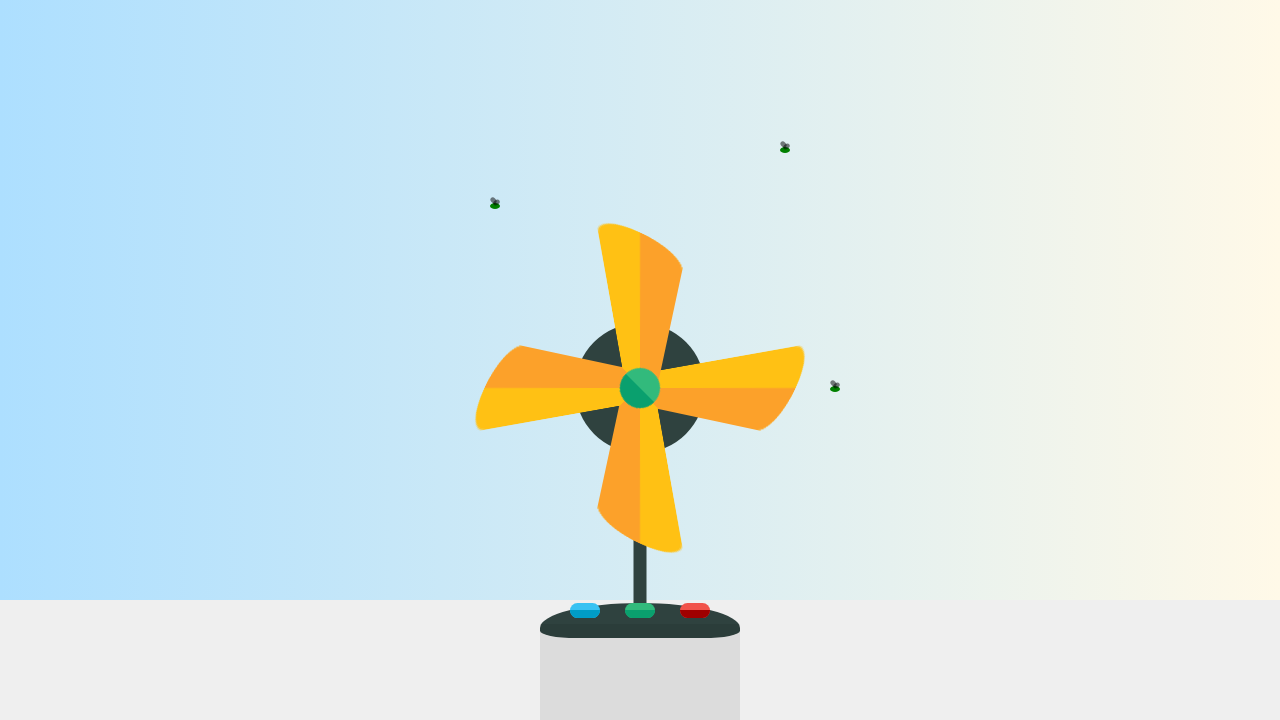
Repository: VuTuanAnh0949/CodeFan
Page: index.html
An editor plug-in stored every save of this project. The page is shown before and after the next save, followed by the edit.
The browser window is 1280 px wide. The pictures show the whole page.

Above is the page before, as saved 2022-06-21 14:30:29.

### index.html
<!DOCTYPE html>
<html lang="en">
<head>
    <meta charset="UTF-8">
    <meta http-equiv="X-UA-Compatible" content="IE=edge">
    <meta name="viewport" content="width=device-width, initial-scale=1.0">
    <title>Document</title>
    <link rel="stylesheet" href="style.css">
</head>
<body>
    <div class="windows">
        <div class="window"></div>

    </div>
    <div class="fan">
        <div class="fan__root"> <span class="top"> <label class="red" for="engine"></label> <label class="green"
                    for="engine2"></label> <label class="blue" for="jack"></label> </span> <span class="bottom"></span>
        </div>
        <div class="fan__staddle"></div> <input type="checkbox" id="jack" hidden />
        <div class="head">
            <div class="fan__engine"> <span class="center"></span> </div> <input type="checkbox" id="engine" hidden
                checked />
            <div> <span class="fly"></span> <span class="fly"></span> <span class="fly"></span>
                <div class="fan__blades"> <input type="checkbox" id="engine2" hidden checked />
                    <div class="fan__blades">
                        <div class="center"></div>
                        <div class="blade"><span></span></div>
                        <div class="blade"><span></span></div>
                        <div class="blade"><span></span></div>
                        <div class="blade"><span></span></div>
                    </div>
                </div>
            </div>
        </div>
    </div>

</body>
</html>

### style.css
html {
    overflow: hidden;
}

body {
    overflow: hidden;
    margin: 0;
    padding: 0;
    background: linear-gradient(90deg, #addfff, #fff9e8);
    display: flex;
    justify-content: center;
    align-items: center;
    width: 100vw;
    height: 100vh;
    position: relative;
}

body::after {
    position: absolute;
    width: 100%;
    content: "";
    height: calc(100% - 600px);
    z-index: 0;
    background: #efefef;
    bottom: 0;
}

@keyframes spin {
    from {
        transform: rotate(0deg);
    }

    to {
        transform: rotate(360deg);
    }
}

@keyframes off {
    to {
        transform: rotate(380deg);
    }
}

@keyframes off2 {
    to {
        transform: rotate(880deg);
    }
}

@keyframes fly {
    to {
        margin-top: 50px;
    }
}

span {
    display: block;
}

.windows {
    width: 100vw;
    height: 100vh;
    position: absolute;
    z-index: 0;
    top: 0;
    left: 0;
    display: flex;
    align-content: flex-start;
}


.fly {
    transition: 0.5s all cubic-bezier(0.04, 0.06, 0, 1.18), 1s transform;
    width: 10px;
    height: 6px;
    background: green;
    border-radius: 50%;
    position: absolute;
    animation: fly 5s alternate infinite ease-in-out;
}

.fly:nth-of-type(1) {
    top: -78px;
    left: -200px;
}

.fly:nth-of-type(2) {
    transform: translateY(-10px);
    animation-delay: 4s;
    top: 5px;
    right: -250px;
}

.fly:nth-of-type(3) {
    transform: translateY(0px);
    top: 400px;
    animation-delay: 2s;
    right: -400px;
}

.fly::after,
.fly::before {
    content: "";
    position: absolute;
    width: 7px;
    height: 5px;
    background-color: rgba(0, 0, 0, 0.5);
    display: block;
    border-radius: 50%;
}

.fly::before {
    bottom: 4px;
    transform: rotate(325deg);
    left: 3px;
}

.fly::after {
    transform: rotate(45deg);
    bottom: 6px;
}

.fan {
    width: 500px;
    height: 500px;
    position: relative;
    z-index: 1;
    margin-top: 75px;
    perspective: 500px;
}

.fan::after {
    content: "";
    display: block;
    position: absolute;
    height: 500px;
    width: 200px;
    background: rgba(0, 0, 0, 0.08);
    top: calc(100% - 24px);
    left: calc(50% - 100px);

}

.fan__root {
    width: 200px;
    position: absolute;
    bottom: 0;
    left: 50%;
    transform: translateX(-50%);
}

.fan__root .top {
    overflow: hidden;
    width: 200px;
    height: 25px;
    position: relative;
}

.fan__root .top::after {
    content: "";
    display: block;
    width: 200px;
    height: 50px;
    background: #2f423f;
    border-radius: 50%;
}

.fan__root .top .red {
    position: absolute;
    width: 30px;
    height: 15px;
    border-radius: 15px;
    display: block;
    right: 30px;
    background: #f15249;
    cursor: pointer;
    overflow: hidden;
}

.fan__root .top .green {
    position: absolute;
    width: 30px;
    height: 15px;
    border-radius: 15px;
    display: block;
    right: 85px;
    background: #32ba7c;
    cursor: pointer;
    overflow: hidden;
}

.fan__root .top .green::after {
    content: "";
    display: block;
    width: 100%;
    height: 50%;
    position: absolute;
    bottom: 0;
    background: #0aa06e;
}

.fan__root .top .red::after {
    content: "";
    display: block;
    width: 100%;
    height: 50%;
    position: absolute;
    bottom: 0;
    background: #a00000;
}

.fan__root .top .blue {
    position: absolute;
    cursor: pointer;
    width: 30px;
    height: 15px;
    border-radius: 15px;
    display: block;
    left: 30px;
    background: #3ac2f2;
    overflow: hidden;
}

.fan__root .top .blue::after {
    content: "";
    display: block;
    width: 100%;
    height: 50%;
    position: absolute;
    bottom: 0;
    background: #009cc6;
}

.fan__root .bottom {
    overflow: hidden;
    width: 200px;
    height: 20px;
}

.fan__root .bottom::after {
    content: "";
    display: block;
    width: 200px;
    height: 40px;
    background: #2f423f;
    border-radius: 18%;
    transform: translateY(-30px);
}

.fan__staddle {
    position: absolute;
    bottom: 45px;
    background: #2f423f;
    height: 270px;
    width: 13px;
    left: 50%;
    transform: translateX(-50%);
}

.fan__engine {
    position: absolute;
    bottom: 0px;
    width: 130px;
    height: 130px;
    background: #2f423f;
    border-radius: 50%;
    left: 50%;
    transform: translateX(-50%);
}

.fan__engine::after {
    content: "";
    background: #2f423f;
    display: block;
    width: 25px;
    height: 50px;
    position: absolute;
    top: 105px;
    left: 50%;
    transform: translateX(-50%);
    border-radius: 0 0 5px 5px;
}

.fan__blades {
    width: 230px;
    height: 230px;
    position: absolute;
    bottom: -50px;
    transition: 2s;
    transform-origin: center center;
    left: calc(50% - 115px);
    z-index: 1;
    animation: spin infinite 0.38s linear forwards;
}

.fan__blades .fan__blades {
    bottom: 0;
    animation: spin infinite 0.5s linear forwards;
}

.fan__blades .blade {
    position: absolute;
    width: 50px;
    height: 100%;
    left: 50%;
    transform: translateX(-50%) skewY(25deg);
    perspective: 500px;
    transform-style: preserve-3d;
}

.fan__blades .blade:nth-child(2) {
    transform: translateX(-50%) rotate(90deg) skewY(25deg);
}

.fan__blades .blade:nth-child(3) {
    transform: translateX(-50%) rotate(180deg) skewY(25deg);
}

.fan__blades .blade:nth-child(4) {
    transform: translateX(-50%) rotate(270deg) skewY(25deg);
}

.fan__blades .blade span {
    width: 100%;
    height: 200%;
    border-radius: 44px;
    background: #ffc114;
    position: absolute;
    top: -66px;
    display: block;
    transform-style: preserve-3d;
    transform: rotateX(81deg);
    overflow: hidden;
}

.fan__blades .blade span::after {
    width: 50%;
    height: 100%;
    content: "";
    display: block;
    background: #fca12a;
    transform: rotate(0deg);
}

.fan__blades .center {
    position: absolute;
    overflow: hidden;
    width: 40px;
    height: 40px;
    border-radius: 50%;
    left: 50%;
    top: 50%;
    transform: translate(-50%, -50%) rotate(45deg);
    background: #32ba7c;
    z-index: 2;
}

.fan__blades .center::after {
    display: block;
    content: "";
    width: 40px;
    height: 20px;
    background: #0aa06e;
}

.head {
    transition: 1s transform;
    height: auto;
    width: auto;
    position: absolute;
    width: 300px;
    height: 300px;
    bottom: 195px;
    left: calc(50% - 150px);
    /* transform: translateX(-50%); */
}

#engine:checked+div>div {
    animation: off2 1s ease-out forwards;
}

#engine:checked+div>span:nth-child(1) {
    transition: 5s all ease-in-out, 1s transform;
    left: 0px;
    top: 0px;
}

#engine:checked+div>span:nth-child(2) {
    transition: 5s all ease-in-out, 1s transform;
    right: 0px;
    top: 0px;
}

#engine:checked+div>span:nth-child(3) {
    transition: 7s all ease-in-out, 1s transform;
    right: -50px;
    top: 200px;
}

#engine2:checked+div {
    animation: off 1s ease-out forwards;
}

#jack:checked+div {
    transform: translateY(-115px);
}

#jack:checked+div>div:nth-child(3)>span {
    transform: translateY(115px);
}

After the next save:
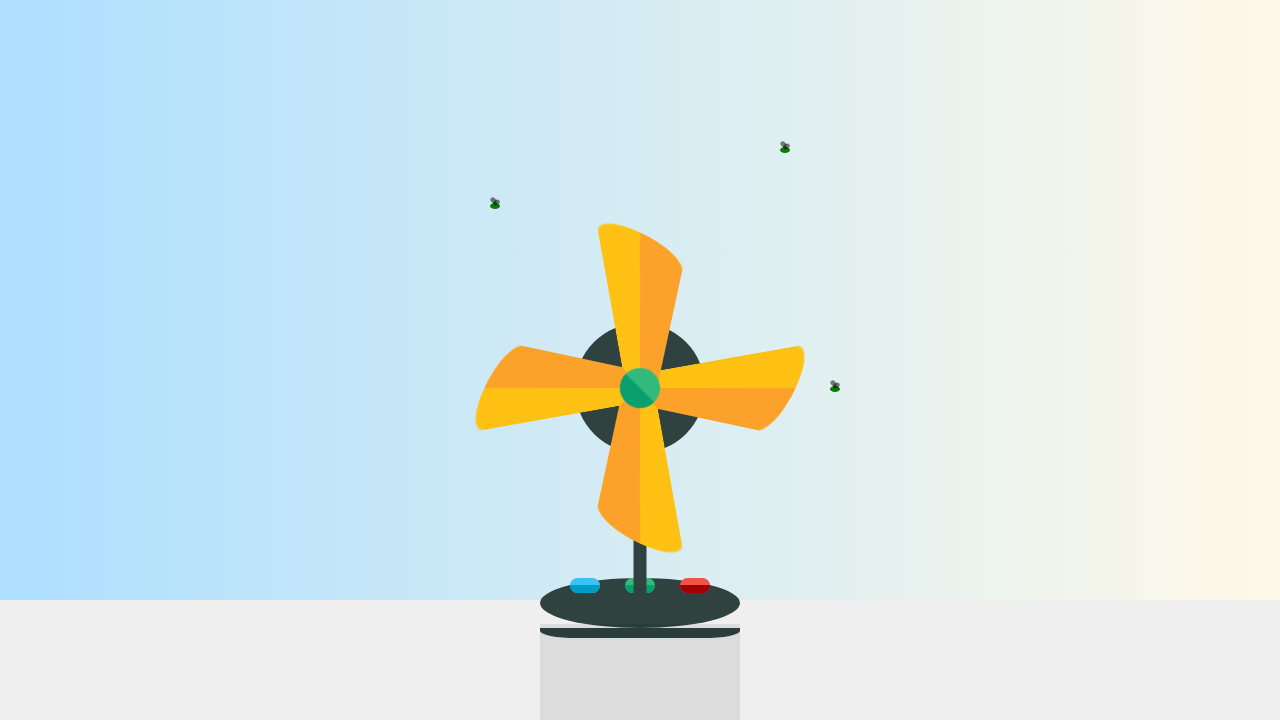
Saved 20 s later.
--- a/style.css
+++ b/style.css
@@ -149,13 +149,13 @@
     transform: translateX(-50%);
 }
 
-.fan__root .top {
+/* .fan__root .top {
     overflow: hidden;
     width: 200px;
     height: 25px;
     position: relative;
 }
-
+ */
 .fan__root .top::after {
     content: "";
     display: block;

After the save that followed:
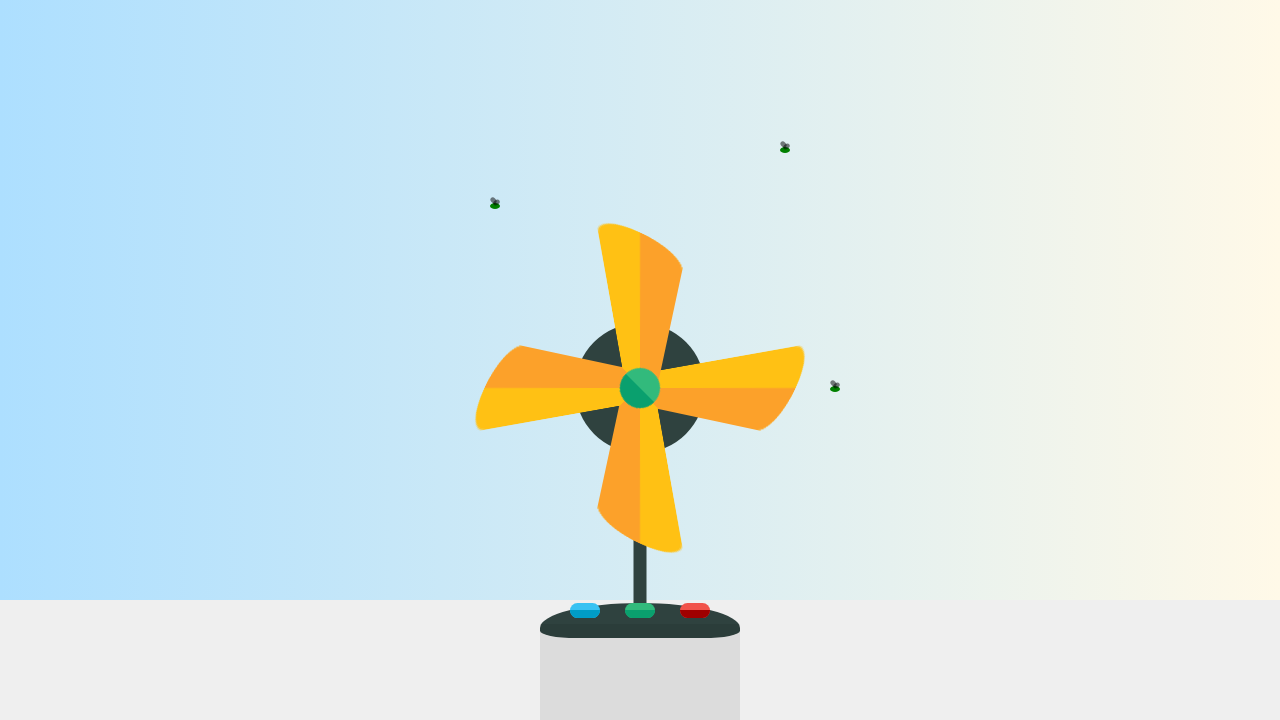
Saved 4 s later.
--- a/style.css
+++ b/style.css
@@ -149,13 +149,13 @@
     transform: translateX(-50%);
 }
 
-/* .fan__root .top {
+.fan__root .top {
     overflow: hidden;
     width: 200px;
     height: 25px;
     position: relative;
 }
- */
+
 .fan__root .top::after {
     content: "";
     display: block;
